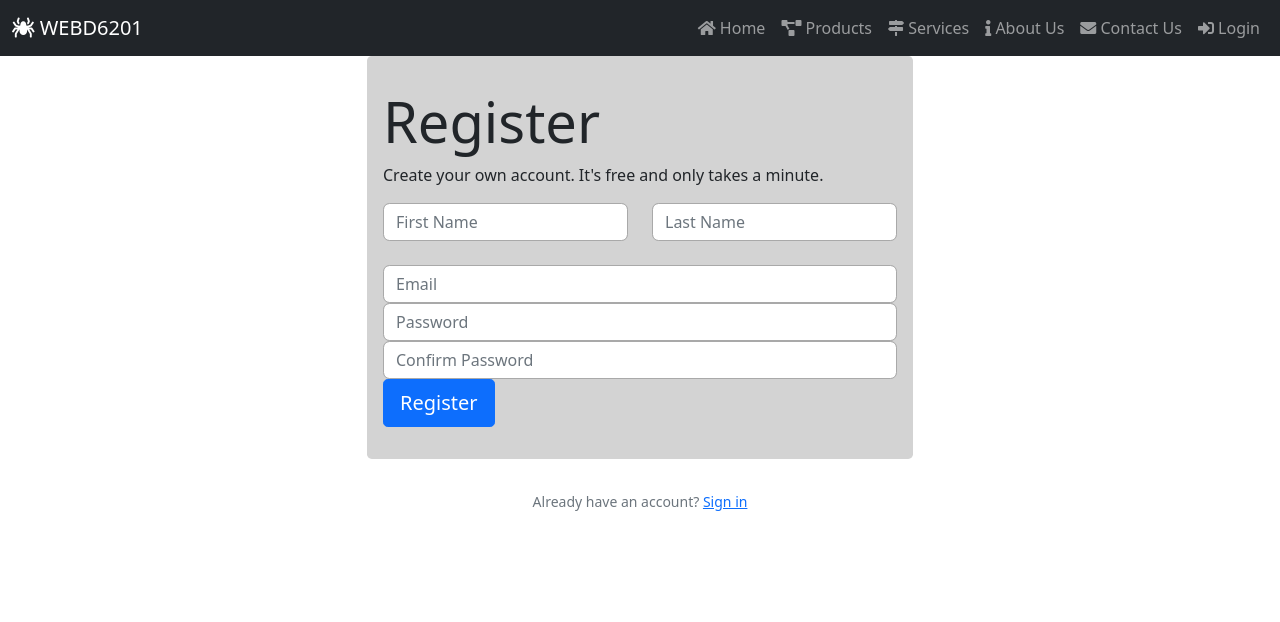
Repository: soumyann/soumyann11.github.io
Page: register.html
An editor plug-in stored every save of this project. The page is shown before and after the next save, followed by the edit.
The browser window is 1280 px wide. The pictures show the whole page.

Above is the page before, as saved 2022-02-27 13:36:52.

After the next save:
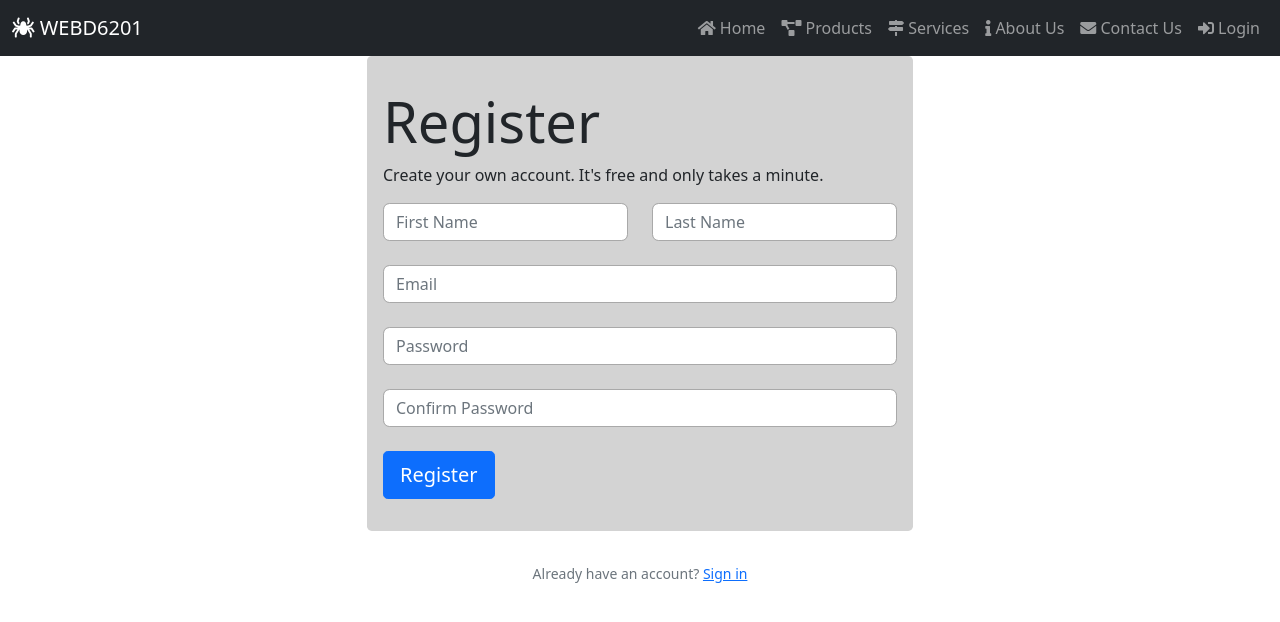
Saved 15 s later.
--- a/register.html
+++ b/register.html
@@ -46,7 +46,7 @@
                 </div>
               </div>
 
-            </div>
+            </div><br />
 
             <div class="form-group">
               <div class="row">
@@ -56,7 +56,7 @@
                 </div>
               </div>
 
-            </div>
+            </div><br />
 
             <div class="form-group">
               <div class="row">
@@ -66,7 +66,7 @@
                 </div>
               </div>
 
-            </div>
+            </div><br />
 
 
             <div class="text-right">
